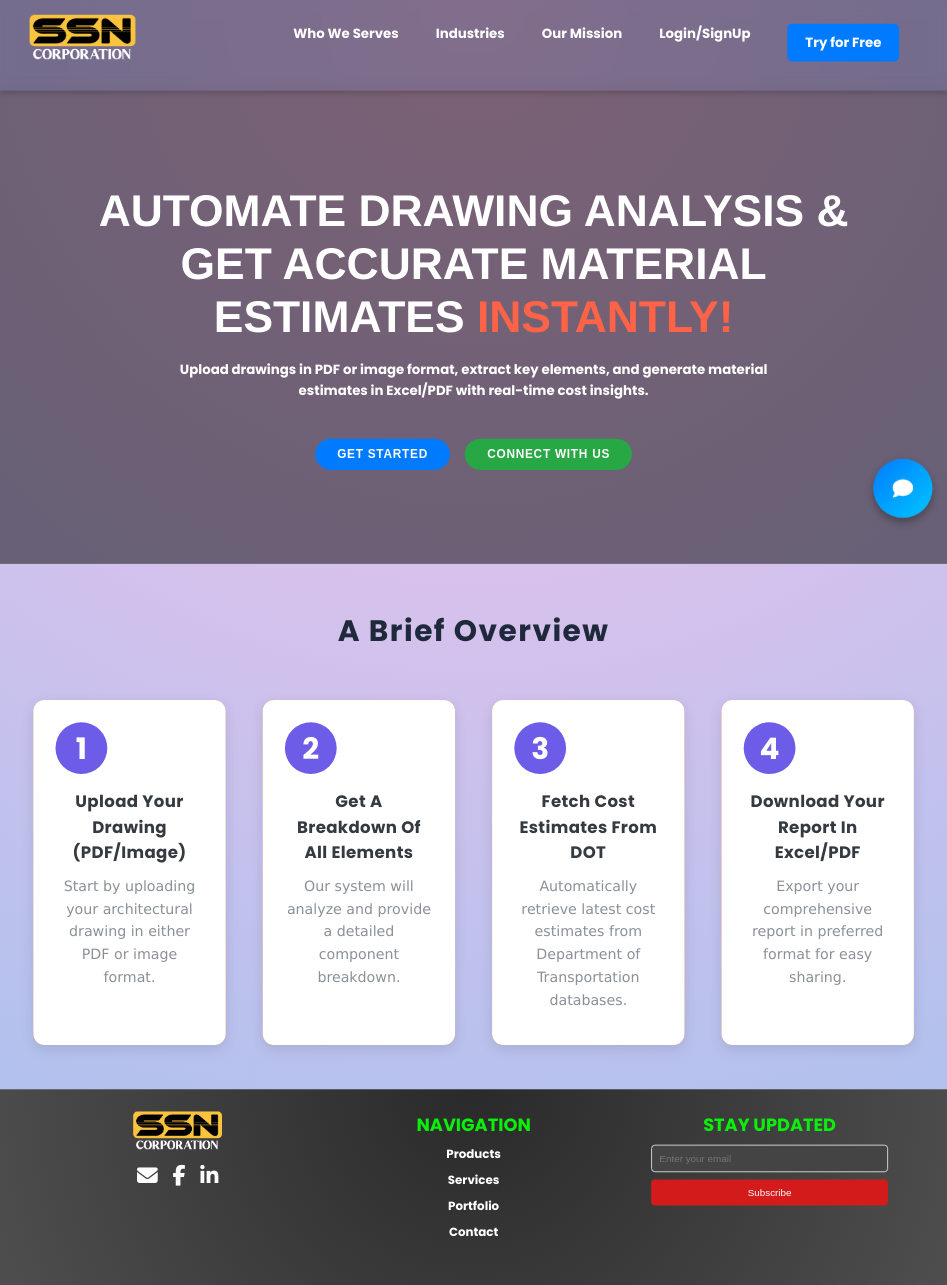
Repository: aabhashbasnet/SSNCorporation
Page: /
These files come from the project's save history. The page is drawn as it stood at one moment and after the next save; the edit follows.
The browser window is 1280 px wide. The pictures show the whole page, at 74% of full size.
The project was rebuilt for these pictures with package versions that can differ from the ones it lists, and the page was loaded fresh each time. Also part of the build but not shown: src/pages/OurMission/OurMission.jsx, src/pages/LoginSignUp/LoginSignUp.css, src/pages/LoginSignUp/LoginSignUp.jsx, src/pages/Industries/Industries.jsx, src/pages/Industries/Landscaping.jsx, src/pages/Industries/Paving.jsx, src/pages/Industries/GeneralConstruction.jsx, src/pages/Industries/FacilitiesMaintenance.jsx and 10 more.

Above is the page before, as saved 2025-02-11 14:51:58.

After the next save:
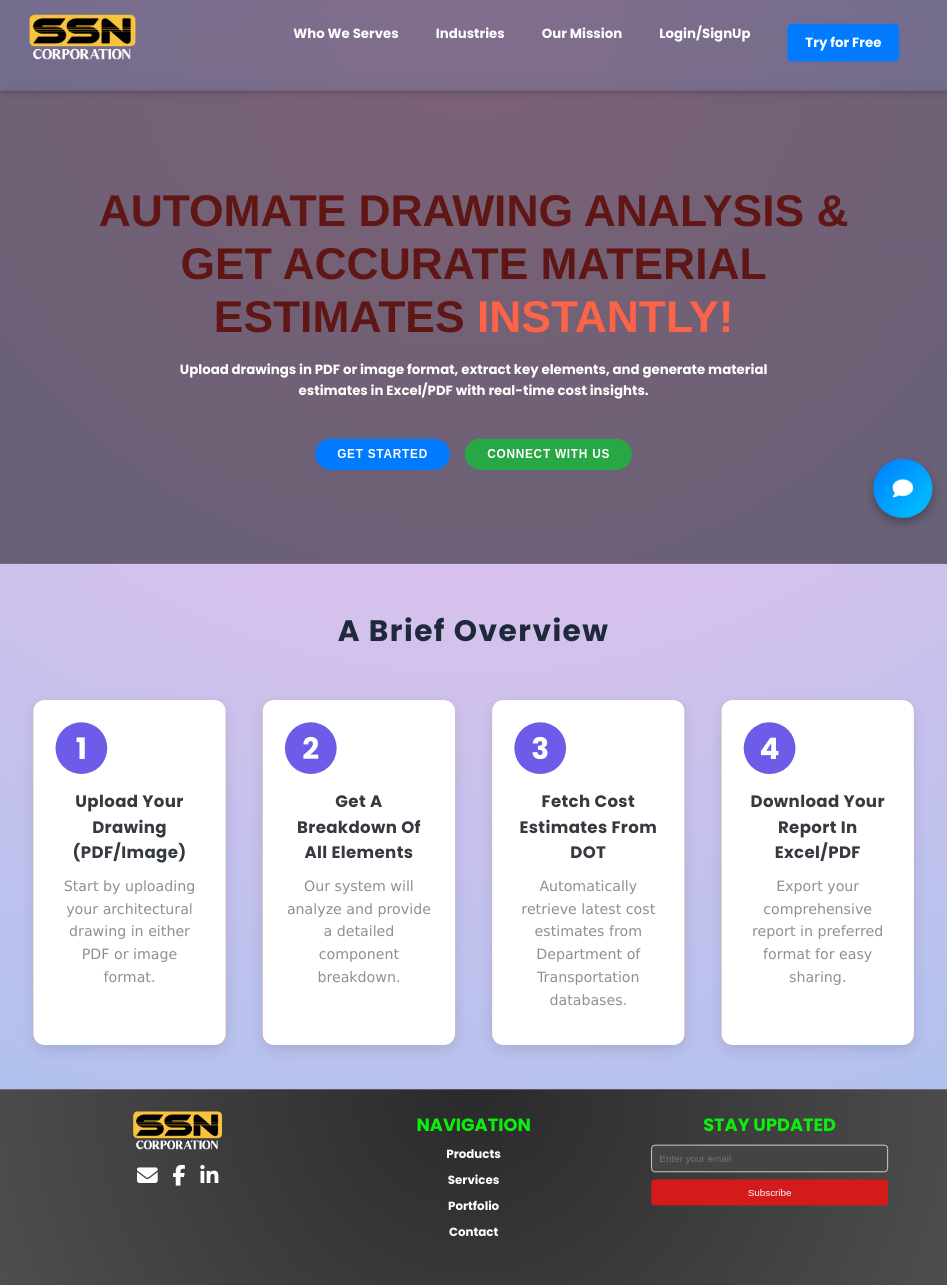
Saved 12 s later.
--- a/src/components/Main/Main.css
+++ b/src/components/Main/Main.css
@@ -28,7 +28,7 @@
   font-family: 'Helvetica', sans-serif;
   font-size: 60px;
   font-weight: bold;
-  color: #fff;
+  color: #611616;
   margin-bottom: 20px;
   line-height: 1.2;
   text-transform: uppercase;
